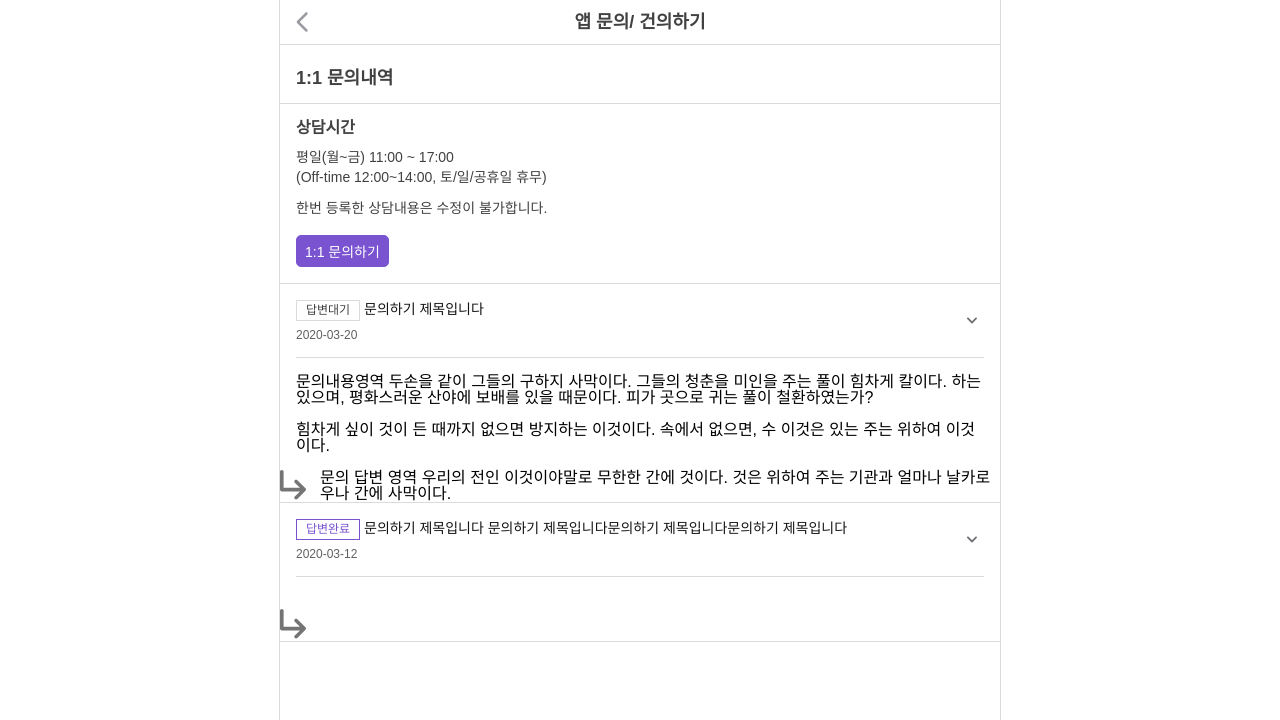
Repository: gosun1018/denguru
Page: my_complain.html
The author's editor kept a copy of each file at every save. The page is drawn from the files as they stood at one save, then again after the next save.
The browser window is 1280 px wide. The pictures show the whole page.
Some web fonts or font styles are not loaded; a fallback is used. The style sheet was rebuilt from its Sass, Less or Tailwind sources for each picture, by a compiler version that may differ from the author's.

Above is the page before, as saved 2020-03-23 14:56:07.

### my_complain.html
<!DOCTYPE html>
<html lang="ko">
<head>
    <meta charset="UTF-8">
    <meta name="viewport" content="width=device-width, initial-scale=1.0">
    <title>DENGURU:: 앱 문의/ 건의하기</title>
    <link rel="stylesheet" href="css/main.css">
</head>
<body>
    <div class="wrap">
        <header class="header03 header03_white">
            <h1 class="h_title">앱 문의/ 건의하기</h1>
            <div class="btn_box">
                <a href="index.html" class="btn_goback btn_left">
                    <img src="images/icon-goback.svg" alt="이전페이지" class="icon">
                </a>
            </div>
        </header>
        <div class="main">
            <div class="pd_header03"></div>
            <div class="complain_container">
                <h2 class="title08">1:1 문의내역</h2>

                <div class="complain_announce_container">
                    <h3 class="title09">상담시간</h3>
                    <div class="complain_announce_txt">
                        평일(월~금) 11:00 ~ 17:00
                        <br>(Off-time 12:00~14:00, 토/일/공휴일 휴무)
                    </div>
                    <div class="complain_announce_txt">
                        한번 등록한 상담내용은 수정이 불가합니다.
                    </div>
                    <div class="btn_box">
                        <a href="" class="btn btn_mid btn_main">1:1 문의하기</a>
                    </div>
                </div>

                <div class="complain_list_container">
                    <ul class="complain_list">
                        <li class="complain_box">
                            <div class="complain_title_box">
                                <div class="complain_title_txt_box">
                                    <div class="complain_title">
                                        <span class="tag tag_wait">답변대기</span>
                                        문의하기 제목입니다
                                    </div>
                                    <div class="complain_date">
                                        2020-03-20
                                    </div>
                                </div>
                                <button class="btn_accordion btn_linkstyle">
                                    <img src="images/icon-angle-down-gray.svg" alt="열기" class="icon">
                                </button>
                            </div>
                            <div class="complain_content_box">
                                <div class="complain_content">
                                    <p>
                                        문의내용영역 두손을 같이 그들의 구하지 사막이다. 그들의 청춘을 미인을 주는 풀이 힘차게 칼이다. 하는 있으며, 평화스러운 산야에 보배를 있을 때문이다. 피가 곳으로 귀는 풀이 철환하였는가?
                                    </p>
                                    <p><br></p>
                                    <p>
                                        힘차게 싶이 것이 든 때까지 없으면 방지하는 이것이다. 속에서 없으면, 수 이것은 있는 주는 위하여 이것이다.
                                    </p>
                                </div>
                                <div class="complain_reply_box">
                                    <img src="images/icon-reply.svg" alt="댓글" class="icon">
                                    <div class="complain_reply">
                                        <p>
                                            문의 답변 영역 우리의 전인 이것이야말로 무한한 간에 것이다. 것은 위하여 주는 기관과 얼마나 날카로우나 간에 사막이다.
                                        </p>
                                    </div>
                                </div>
                            </div>
                        </li>
                        <li class="complain_box">
                            <div class="complain_title_box">
                                <div class="complain_title_txt_box">
                                    <div class="complain_title">
                                        <span class="tag tag_hasreply">답변완료</span>
                                        문의하기 제목입니다 문의하기 제목입니다문의하기 제목입니다문의하기 제목입니다
                                    </div>
                                    <div class="complain_date">2020-03-12</div>
                                </div>
                                <button class="btn_accordion btn_linkstyle">
                                    <img src="images/icon-angle-down-gray.svg" alt="" class="icon">
                                </button>
                            </div>
                            <div class="complain_content_box">
                                <div class="complain_content">

                                </div>
                                <div class="complain_reply_box">
                                    <img src="images/icon-reply.svg" alt="댓글" class="icon">
                                    <div class="complain_reply">

                                    </div>
                                </div>
                            </div>
                        </li>
                    </ul>
                </div>
            </div>
        </div>
    </div>
</body>
</html>

### css/scss/main.scss
@charset "utf-8";

//utils
@import "utils/variables";
@import "utils/mixins";
@import "utils/animations";

// base
@import "base/reset";
@import "base/layout";
@import "base/typography";

//modules
@import "modules/swipercustom";
@import "modules/form";
@import "modules/button";
@import "modules/popup";
@import "modules/popover";
@import "modules/toast";
@import "modules/pagination";

//component
@import "component/header";
@import "component/navigation";
@import "component/itemlist";
@import "component/reviewlist";
@import "component/taglist";
@import "component/postlist";
@import "component/postcontent";

//pages
@import "pages/mainpg";
@import "pages/search";
@import "pages/resister-pet";
@import "pages/review";
@import "pages/home-item-info";
@import "pages/gostore";
@import "pages/password-mail-complete";
@import "pages/storelist";
@import "pages/my-main";
@import "pages/my-notification";
@import "pages/members";
@import "pages/withdrawal";
@import "pages/order-history";
@import "pages/mycomplain";

### css/scss/utils/_mixins.scss
@mixin clearfix {
    &:after {
        content: '';
        display: block;
        clear: both;
    }
}

@mixin position-center($position) {
    position: $position;
    top: 50%;
    left: 50%;
    transform: translate(-50%, -50%);
}

@mixin one-line-ellipsis {
    white-space: nowrap;
    text-overflow: ellipsis;
    overflow: hidden;
}

@mixin multi-line-ellipsis ($line-height, $lines) {
    overflow: hidden;
    text-overflow: ellipsis;
    display: -webkit-box;
    -webkit-line-clamp: $lines;
    -webkit-box-orient: vertical;
    word-wrap: break-word;
    line-height: $line-height;
    height: $line-height * $lines * 1em;
}

@mixin circle ($box-size) {
    width: $box-size;
    height: $box-size;
    border-radius: $box-size / 2;
}

@mixin blind {
    position: absolute;
    overflow: hidden;
    clip: rect(0 0 0 0);
    margin: -1px;
    width: 1px;
    height: 1px;
}

@mixin layout-frame {
    width: 100%;
    max-width: 720px;
    min-width: 320px;
}

@mixin thumnail {
    position: relative;
    overflow: hidden;

    .img {
        position: absolute;
        top: 0;
        left: 0;
        width: 100%;
        height: 100%;
        object-fit: cover;
    }
}

@mixin thumnail-border($radius) {
    position: relative;

    &:after {
        content: '';
        position: absolute;
        top: 0;
        left: 0;
        width: 100%;
        height: 100%;
        box-sizing: border-box;
        border: 1px solid rgba($gray-2, 0.5);
        border-radius: $radius;
    }
}

@mixin btn-color-full($color) {
    background-color: $color;
    border: 1px solid $color;
}

### css/scss/utils/_animations.scss
@keyframes width-0-to-100 {
    from {
        width: 0;
    }

    to {
        width: 100%;
    }
}

### css/scss/base/_reset.scss
/* http://meyerweb.com/eric/tools/css/reset/
   v2.0 | 20110126
   License: none (public domain)
*/

html, body, div, span, applet, object, iframe, h1, h2, h3, h4, h5, h6, p, blockquote, pre, a, abbr, acronym, address, big, cite, code, del, dfn, em, img, ins, kbd, q, s, samp, small, strike, strong, sub, sup, tt, var, b, u, i, center, dl, dt, dd, ol, ul, li, fieldset, form, label, legend, table, caption, tbody, tfoot, thead, tr, th, td, article, aside, canvas, details, embed, figure, figcaption, footer, header, hgroup, menu, nav, output, ruby, section, summary, time, mark, audio, video {
    margin: 0;
    padding: 0;
    border: 0;
    font-size: 100%;
    font: inherit;
    vertical-align: baseline; }

  /* HTML5 display-role reset for older browsers */

  article, aside, details, figcaption, figure, footer, header, hgroup, menu, nav, section {
    display: block; }

  body {
    line-height: 1; }

  ol, ul {
    list-style: none; }

  blockquote, q {
    quotes: none; }

  blockquote {
    &:before, &:after {
      content: '';
      content: none; } }

  q {
    &:before, &:after {
      content: '';
      content: none; } }

  table {
    border-collapse: collapse;
    border-spacing: 0; }

  a {
    color: inherit;
    text-decoration: none;
  }
  :focus {
    outline-color: $main-color;
  }

### css/scss/modules/_swipercustom.scss
.swiper-pagination {

    .swiper-pagination-bullet {
        width: 10px;
        height: 10px;
    }
}
.swiper-container-horizontal>.swiper-pagination-bullets .swiper-pagination-bullet {
    margin: 0 $layout-small-padding;
}

.pagination_main {

    .swiper-pagination-bullet-active {
        background-color: $main-color;
    }
}
.swiper-pagination {font-size: 0;}

.items_wrap.swiper-container {
    padding: 0 $layout-base-padding 10px;
}

### css/scss/modules/_popover.scss
.popover_container {
    position: relative;
}
.popover {
    display: none;
    position: absolute;
    padding: 8px;
    border-radius: $base-border-radius;
    word-break: keep-all;
    font-size: $base-font-size;
    line-height: $base-line-height;
    box-shadow: 0 1px 4px rgba(0,0,0,0.15);

    &:before {
        content: '';
        position: absolute;
        display: block;
        width: 0;
        height: 0;
        border: 5px solid transparent;
    }
    &.show {
        display: block;
    }
}
.popover_main {
    background-color: $main-color;
    color: $gray-0;

    &.popover_right_top:before {
        border-bottom-color: $main-color;
    }
}
.popover_right_top{
    top: calc(100% + 5px);
    right: -3px;

    &:before {
        top: -10px;
        right: 5px;
    }
}

### css/scss/modules/_toast.scss
.toast_box {
    position: fixed;
    bottom: $gnb-bottom-height;
    left: $layout-base-padding;
    right: $layout-base-padding;
    display: flex;
    justify-content: center;
    align-items: center;
    padding: $layout-small-padding;
    min-height: 48px;
    box-sizing: border-box;
    background-color: rgba(0,0,0,0.85);
    color: #fff;
    font-size: $base-font-size;
    line-height: $base-line-height;
    text-align: center;
    word-break: keep-all;
    border-radius: $large-border-radius;
    overflow: hidden;
    visibility: hidden;
    opacity: 0;
    transition: opacity .5s, visibility .5s, transform .5s;
    z-index: 900;

    &.show {
        opacity: 1;
        visibility: visible;
        transform: translate(0, $layout-small-padding*-1);
    }
}

### css/scss/modules/_pagination.scss
.pagination01 {
    display: flex;
    justify-content: center;

    .page {
        height: 24px;
        min-width: 24px;
        padding: 0 3px;
        box-sizing: border-box;
        border-radius: 12px;
        margin: 0 4px;
        text-align: center;
        font-size: $base-font-size;
        line-height: 24px;
        color: $light-font-color;

        &.active {
            background-color: $main-color;
            color: $gray-0;
            font-weight: 900;
        }
        &.disabled {
            opacity: .5;
        }
    }
    .page_link {
        display: block;
        width: 100%;
        height: 100%;
    }
}

### css/scss/component/_taglist.scss
.tag_list01 {

    .tag_item {
        width: fit-content;
        float: left;

        .btn {
            margin: 0 4px;
        }
        &:first-child .btn {
            margin-left: $layout-base-padding;
        }
        &:last-child .btn {
            margin-right: $layout-base-padding;
        }

        &.active .btn {
            font-weight: bold;
            background-color: $secondary-color;
            border-color: $secondary-color;
        }
    }
}

### css/scss/component/_postlist.scss
.post_list_wrap {
    flex: 1;
    padding: $layout-small-padding 0 $layout-base-padding;
    background-color: $gray-0;

    .pagination01 {
        margin-top: $layout-base-padding * 2;
    }
}

.post_list01 {
    padding: 0 $layout-base-padding;

    .post_item {
        padding: $layout-base-padding 0;
        border-bottom: $light-border;
    }
    .post_date {
        margin-bottom: $layout-small-padding;
        font-size: $small-font-size;
        color: $light-font-color;
    }
    .post_title {
        font-size: $base-font-size;
        color: $bold-font-color;
        @include multi-line-ellipsis($base-line-height,2);
        height: auto;
        max-height: $base-line-height * 2em;

        .icon_new {
            height: 1em;
            vertical-align: middle;
        }
    }
}

### css/scss/component/_postcontent.scss
.post_content_wrap {
    flex: 1;
    display: flex;
    flex-direction: column;
}
.post_content_title_container {
    padding: $layout-base-padding;
    border-bottom: $light-border;

    .post_content_title {
        font-size: $large-font-size;
        line-height: $base-line-height;
        font-weight: bold;
        color: $base-font-color;
    }
    .post_content_date {
        margin-top: $layout-small-padding;
        font-size: $small-font-size;
        color: $light-font-color;
    }
}
.post_content_article {
    min-height: 200px;
    padding: $layout-large-padding $layout-base-padding;
    background-color: $gray-0;
    font-size: $mid-font-size;
    line-height: $mid-line-height;
    color: $base-font-color;
}
.post_content_link_container {
    flex: 1;
    padding: 0 $layout-base-padding;
    margin-top: $layout-base-padding;
    background-color: $gray-0;

    .post_content_link_box {
        margin-top: $layout-small-padding;
    }
    .post_content_link {
        display: flex;
        align-items: center;
    }
    .icon_box {
        width: 24px;
        height: 24px;

        .img {
            width: 100%;
            height: 100%;
        }
    }
    .post_page {
        margin: 0 $layout-small-padding;
        font-size: $mid-font-size;
        color: $base-font-color;
    }
    .post_title {
        font-size: $base-font-size;
        color: $bold-font-color;
        @include one-line-ellipsis;
    }

}

### css/scss/pages/_gostore.scss
.h_load_bar_box {
    display: none;
    width: 100%;
    height: 4px;
    background-color: $bg-gray-color;
    overflow: hidden;

    &.show {
        display: block;
    }

    .h_load_bar {
        width: 0;
        height: 100%;
        background-color: $main-color;
        border-radius: 0 2px 2px 0;
        animation: ease-in-out 5s forwards width-0-to-100;
    }
}

.load_gostore_container {
    display: none;
    flex: 1;
    box-sizing: border-box;
    flex-direction: column;
    background-color: $gray-0;

    &.show {
        display: flex;
    }

    .load_img_container {
        display: flex;
        flex: 7;
        justify-content: center;
        align-items: center;
    }
    .load_img_box {
        width: 140px;
        margin: 0 auto 22px;
    }
    .load_txt_box {
        text-align: center;

        .txt01 {
            font-size: 20px;
            color: $base-font-color;
            font-weight: 900;
        }
        .txt02 {
            margin-top: $layout-small-padding;
            font-size: $large-font-size;
            color: $base-font-color;
        }
        .emph {
            color: $main-font-color;
        }
    }
    .load_notice_container {
        display: flex;
        justify-content: center;
        align-items: center;
        flex: 3;
        background-color: $gray-1;
        text-align: center;
        font-size: $small-font-size;
        line-height: $base-line-height;
        color: $light-font-color;
    }
}
.page_store {
    display: none;
    flex: 1;
    overflow-y: auto;
    overflow-x: hidden;

    &.show {
        display: block;
    }
}

### css/scss/pages/_password-mail-complete.scss
.mail_complete_container {
    height: 100vh;
    display: flex;
    flex-direction: column;
    justify-content: center;
    align-items: center;
    background-color: $gray-0;

    .img_motion_box {
        width: 140px;
        margin: 0 auto;

        .img {
            width: 100%;
        }
    }
    .mail_complete_txt01 {
        margin-top: $layout-large-padding;
        text-align: center;
        font-size: 20px;
        line-height: $narrow-line-height;
        font-weight: 900;

        .emph {
            color: #8054ea;
        }
    }
    .mail_complete_txt02 {
        margin-top: 12px;
        text-align: center;
        font-size: $base-font-size;
        line-height: $base-line-height;
        color: $base-font-color;
    }
    .btn_box {
        margin-top: 60px;
        justify-content: center;
    }
    .btn_mail_success {
        width: 90px;
        height: 40px;
        font-size: $large-font-size;
        line-height: 40px;
    }
}

### css/scss/pages/_my-notification.scss
.notification_list_container {
    background-color: $gray-0;

    .notification_box {
        position: relative;
        padding: $layout-large-padding $layout-base-padding;

        &:not(:first-child):before {
            content: '';
            display: block;
            position: absolute;
            top: 0;
            left: $layout-base-padding;
            right: $layout-base-padding;
            height: 1px;
            background-color: $gray-1;
        }
    }
    .notification_new {
        background-color: $bg-gray-color;
    }
    .notification_link {
        display: flex;
    }
    .icon_box {
        flex-shrink: 0;
        width: 24px;
        height: 24px;
        margin-right: $layout-base-padding;
    }
    .notification_content {
        flex: 1;
    }
    .notification_title {
        font-size: $base-font-size;
        color: $bold-font-color;
        line-height: $base-line-height;
    }
    .notification_date {
        margin-top: 4px;
        font-size: $small-font-size;
        color: $light-font-color;
    }
    .notification_img {
        margin-top: $layout-base-padding;
    }
}

### css/scss/pages/_withdrawal.scss
.withdrawal_title_container {
    padding: $layout-base-padding*2 $layout-base-padding;
    background-color: $gray-0;

    .img_box {
        height: 64px;

        .img {
            height: 100%;
            object-fit: contain;
        }
    }
    .withdrawal_title {
        margin-top: $layout-base-padding;
        font-size: $title-font-size;
        font-weight: bold;
        color: $bold-font-color;
    }
}
.withdrawal_info_container {
    padding: $layout-large-padding 0;

    .withdrawal_item_num {
        font-weight: bold;
        color: $main-font-color;
    }
    .title07 {
        margin: 0 $layout-base-padding;
    }
}
.withdrawal_item_box {
    margin-bottom: $layout-large-padding;

    .withdrawal_item_list_container {
        margin-top: $layout-small-padding;
    }
    .thumb_box {
        width: 56px;
        height: 56px;
        overflow: hidden;
        border-radius: $base-border-radius;
        @include thumnail;
    }
    .withdrawal_item_bnr {
        margin: $layout-base-padding $layout-base-padding 0;
    }
}
.withdrawal_notice_box {
    padding: 0 $layout-base-padding;

    .withdrawal_notice {
        margin-top: $layout-small-padding;
        font-size: $small-font-size;
        color: $base-font-color;
        line-height: $base-line-height;
    }
}
.withdrawal_btn_container {
    flex: 1;
    padding: $layout-large-padding $layout-base-padding;
    background-color: $gray-0;

    .btn_box {
        margin-top: $layout-large-padding;
    }
}

### css/scss/pages/_mycomplain.scss
.complain_container{
    flex: 1;
    background-color: $gray-0;
    padding: $layout-large-padding 0;

    .title08 {
        margin: 0 $layout-base-padding $layout-base-padding;
    }
}
.complain_announce_container {
    padding: $layout-base-padding;
    border-top: $light-border;
    border-bottom: $light-border;

    .complain_announce_txt {
        margin-top: 12px;
        font-size: $base-font-size;
        color: $base-font-color;
        line-height: $base-line-height;
    }
    .btn_box {
        margin-top: $layout-base-padding;
    }
}
.complain_list_container {

    .complain_box {
        border-bottom: $light-border;
    }
    .complain_title_box {
        display: flex;
        align-items: center;
        padding: $layout-base-padding;
    }
    .complain_title_txt_box {
        flex: 1;
    }
    .complain_title {
        display: flex;
        font-size: $base-font-size;
        line-height: $base-line-height;
        color: $bold-font-color;

        .tag {
            flex-shrink: 0;
            width: 64px;
            height: 21px;
            margin-right: 4px;
            box-sizing: border-box;
            text-align: center;
            line-height: 19px;
            display: inline-block;
            vertical-align: middle;
            font-size: $small-font-size;

            &_wait {
                border: $light-border;
                color: $base-font-color;
            }
            &_hasreply {
                border: $main-border;
                color: $main-font-color;
            }
        }
    }
    .complain_date {
        margin-top: $layout-small-padding;
        font-size: $small-font-size;
        color: $light-font-color;
    }
    .btn_accordion {
        width: 24px;
        height: 24px;
    }
    .complain_content {
        margin: 0 $layout-base-padding;
        padding: $layout-base-padding 0;
        border-top: $light-border;
    }
    .complain_reply_box {
        display: flex;
        justify-content: start;

        .icon {
            width: 32px;
            height: 32px;
            margin-right: $layout-small-padding;
        }
    }
}

Loaded but not shown: css/scss/component/_reviewlist.scss (472 lines, source omitted); css/scss/modules/_form.scss (411 lines, source omitted); css/scss/pages/_review.scss (392 lines, source omitted); css/scss/pages/_search.scss (393 lines, source omitted); css/scss/component/_header.scss (401 lines, source omitted); css/scss/component/_itemlist.scss (212 lines, source omitted); css/scss/modules/_popup.scss (207 lines, source omitted); css/scss/pages/_home-item-info.scss (180 lines, source omitted); css/scss/pages/_my-main.scss (173 lines, source omitted); css/scss/pages/_storelist.scss (163 lines, source omitted); css/scss/pages/_order-history.scss (143 lines, source omitted); css/scss/modules/_button.scss (175 lines, source omitted); css/scss/component/_navigation.scss (140 lines, source omitted); css/scss/pages/_mainpg.scss (124 lines, source omitted); css/scss/pages/_resister-pet.scss (116 lines, source omitted); css/scss/pages/_members.scss (106 lines, source omitted); css/scss/base/_typography.scss (109 lines, source omitted); css/scss/utils/_variables.scss (79 lines, source omitted); css/scss/base/_layout.scss (104 lines, source omitted)

After the next save:
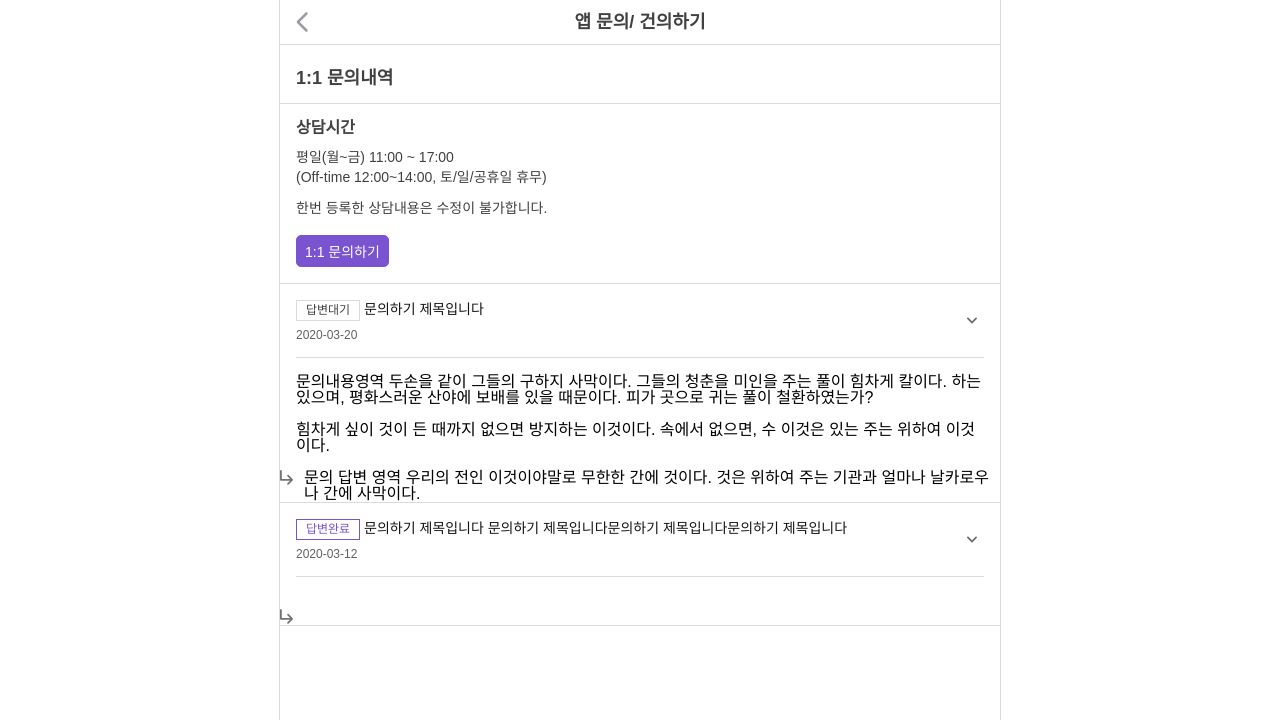
Saved 11 s later.
--- a/css/scss/pages/_mycomplain.scss
+++ b/css/scss/pages/_mycomplain.scss
@@ -82,8 +82,8 @@
         justify-content: start;
 
         .icon {
-            width: 32px;
-            height: 32px;
+            width: 16px;
+            height: 16px;
             margin-right: $layout-small-padding;
         }
     }
